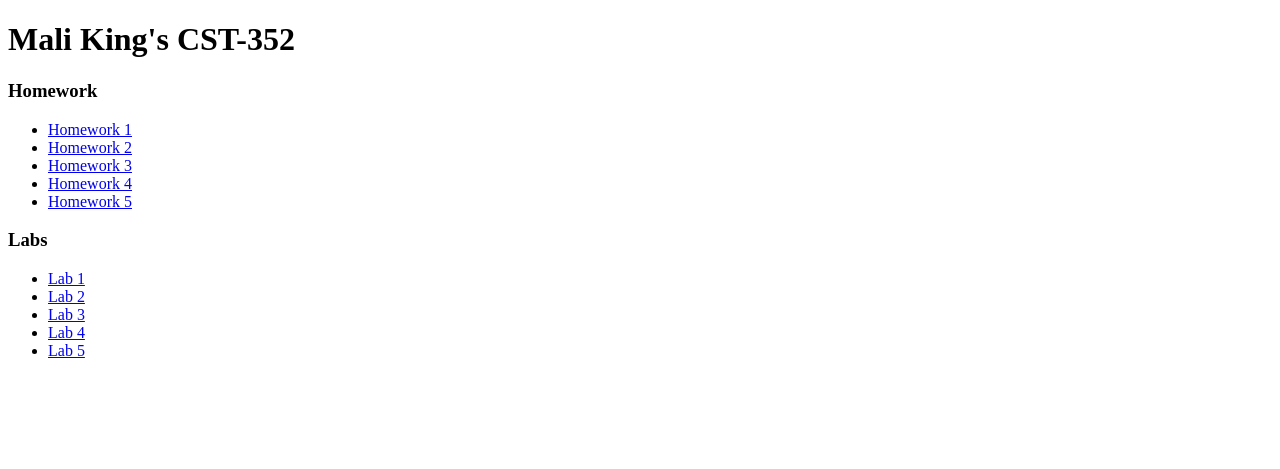
Repository: maliking/making
Page: http://localhost/
The author's editor kept a record of every edit. The page is drawn from the files as they stood at one moment, then again after the next edit.
The browser window is 1280 px wide. The pictures show the whole page.
The page is run by PHP 8.4 with error messages shown; the project is at /var/www/html/.

Above is the page before.

### index.php
<!DOCTYPE html>
<html>
    <head>
        <title>Mali King CST352</title>
    </head>
    <body>
        <h1>Mali King's CST-352</h1>
        <h3>Homework</h3>
        <ul>
        <?php
        for ($i = 1; $i < 6; $i++) {
            echo "<li>";
            echo "<a href='https://making-cst352.herokuapp.com/hw/hw" . $i . "/index.php'>";
            echo "Homework " . $i . "</a>";
            echo "</li>";
        }
        ?>
        </ul>
        <h3>Labs</h3>
        <ul>
        <?php
        for ($i = 1; $i < 6; $i++) {
            echo "<li>";
            echo "<a href='https://making-cst352.herokuapp.com/labs/lab" . $i . "/index.php'>";
            echo "Lab " . $i . "</a>";
            echo "</li>";
        }
        ?>
        </ul>

    </body>
</html>

After the next edit:
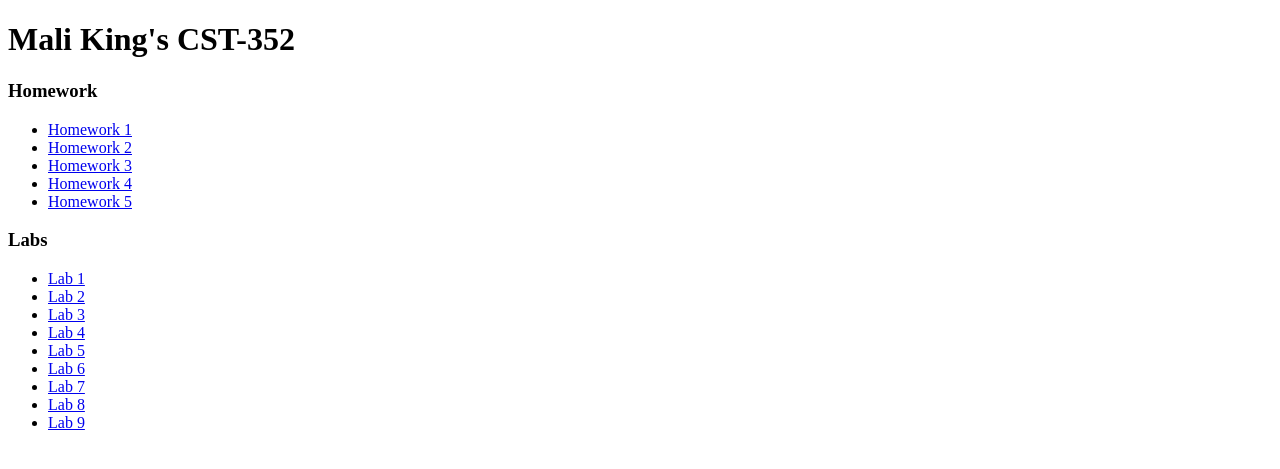
The edit:
--- a/index.php
+++ b/index.php
@@ -19,7 +19,7 @@
         <h3>Labs</h3>
         <ul>
         <?php
-        for ($i = 1; $i < 6; $i++) {
+        for ($i = 1; $i < 10; $i++) {
             echo "<li>";
             echo "<a href='https://making-cst352.herokuapp.com/labs/lab" . $i . "/index.php'>";
             echo "Lab " . $i . "</a>";
